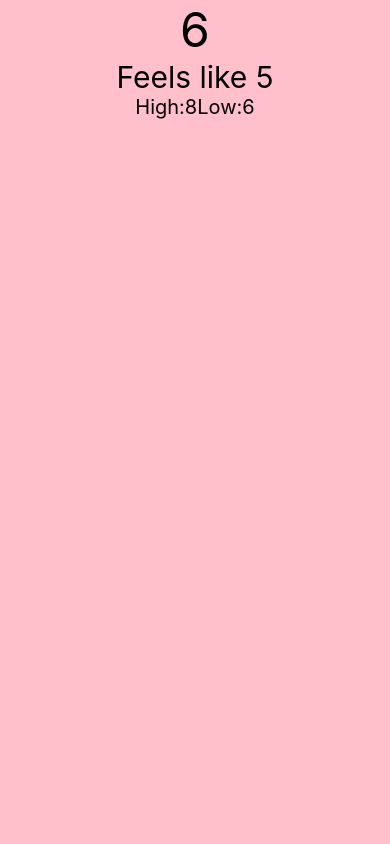
Repository: RossDee/WeatherApp
Screen: /
The author's editor kept a copy of each file at every save. The screen is drawn from the files as they stood at one save, then again after the next save.
The app was drawn by React Native's web renderer in a window 390 px wide. The project was rebuilt for these pictures with package versions that can differ from the ones it lists, and the page was loaded fresh each time.

Above is the screen before, as saved 2023-10-14 21:03:00.

After the next save:
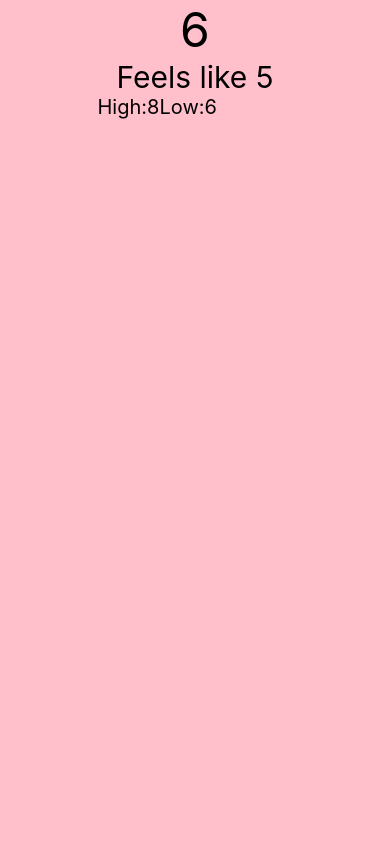
Saved 9 s later.
--- a/App.js
+++ b/App.js
@@ -36,6 +36,11 @@ const style  =StyleSheet.create({
   highLow:{
     color:'black',
     fontSize:20,
-  }
+  },
+  highLowWraper:{
+    flexDirection:'row',
+    justifyContent:'space-between',
+    width:'50%',
+  },
 })
 export default App
